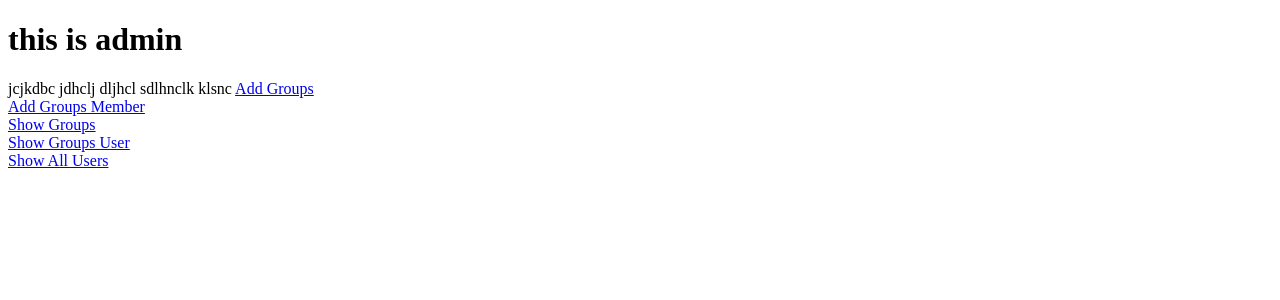
Repository: Guptaji153/Test002
Page: http://localhost/TMS/AdminDashboard.jsp
These files come from the project's save history. The page is drawn as it stood at one moment and after the next save; the edit follows.
The browser window is 1280 px wide. The pictures show the whole page.
The page is served by Tomcat 9.

Above is the page before, as saved 2025-06-02 12:01:22.

After the next save:
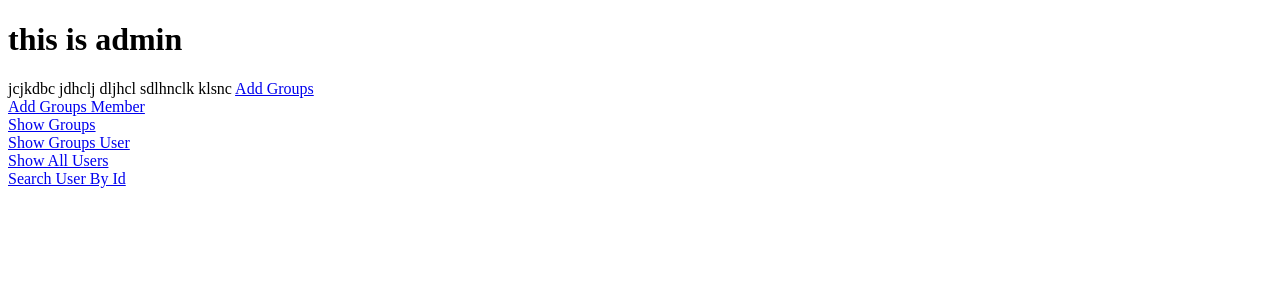
Saved 2 min 50 s later.
--- a/ProjectTMS/TMS/src/main/webapp/AdminDashboard.jsp
+++ b/ProjectTMS/TMS/src/main/webapp/AdminDashboard.jsp
@@ -15,5 +15,6 @@
 <a href="showGroups.jsf">Show Groups</a> <br>
 <a href="ShowGroupsUsers.jsf">Show Groups User</a>  <br>
 <a href="ShowUser.jsf">Show All Users</a>  <br>
+<a href="searchUser.jsf">Search User By Id</a>
 </body>
 </html>
